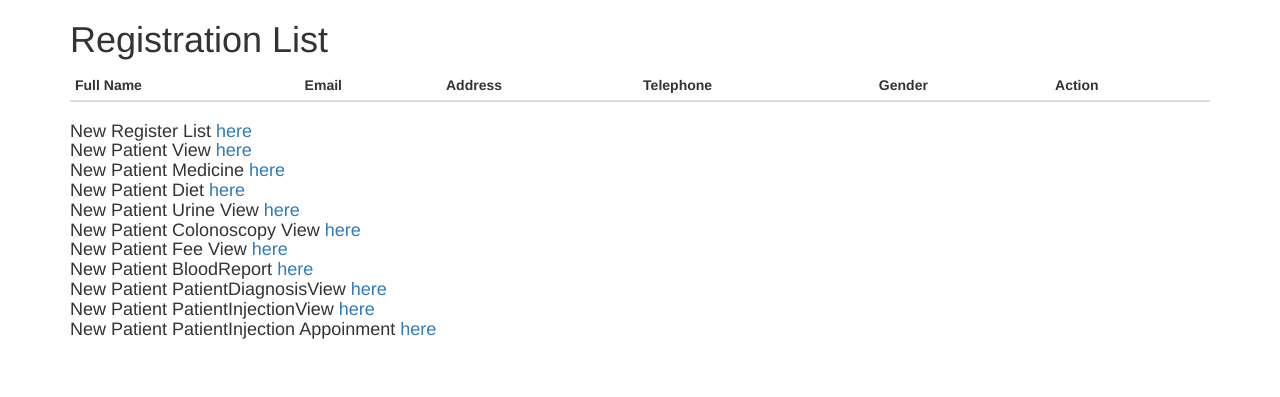
Repository: SACHINnANYAKKARA/2nd_Year_final_Project
Page: http://localhost/SpringMVCHibernateCRUD/WEB-INF/pages/home.jsp
The author's editor kept a copy of each file at every save. The page is drawn from the files as they stood at one save, then again after the next save.
The browser window is 1280 px wide. The pictures show the whole page.
The page is served by Tomcat 9. Nobody is signed in. The template is opened directly, without the code that normally fills it, so the values that code supplies are empty.

Above is the page before, as saved 2018-04-07 06:28:53.

After the next save:
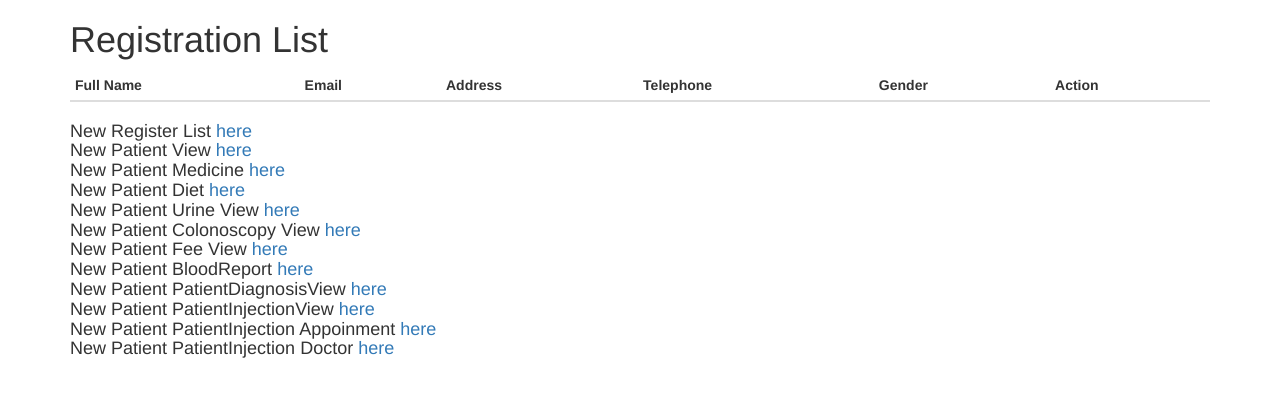
Saved 85 s later.
--- a/SpringMVCHibernateCRUD/src/main/webapp/WEB-INF/pages/home.jsp
+++ b/SpringMVCHibernateCRUD/src/main/webapp/WEB-INF/pages/home.jsp
@@ -73,6 +73,8 @@
 			New Patient PatientInjectionView <a href="PatientInjectionView">here</a>
 			<br>
 			New Patient PatientInjection Appoinment <a href="AppoinmentView">here</a>
+			<br>
+			New Patient PatientInjection Doctor <a href="DoctorView">here</a>
 
 
 
